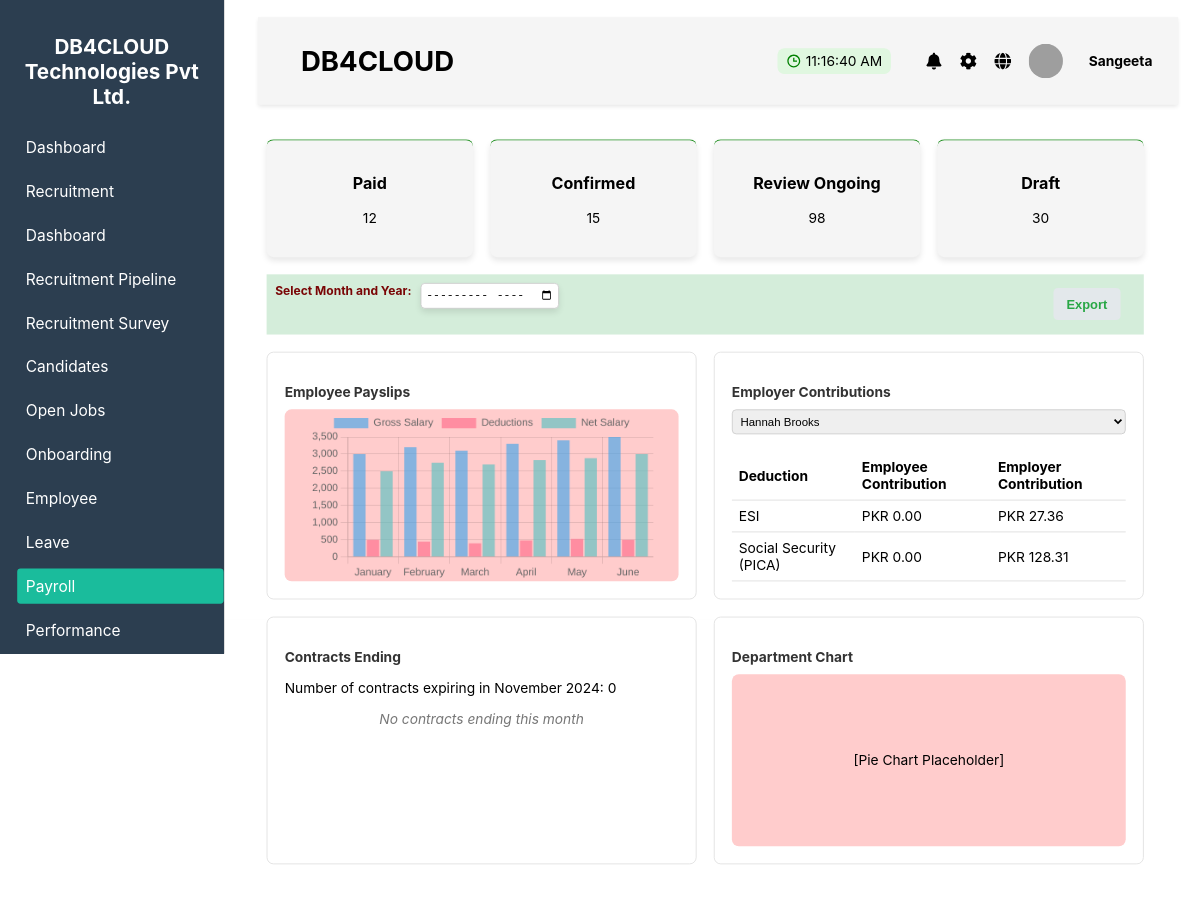
Repository: tinu-ns/Dev-code
Page: /payroll/payroll-dashboard (app in HRMS-DEMO-Sang/hrms/)
An editor plug-in stored every save of this project. The page is shown before and after the next save, followed by the edit.
The browser window is 1280 px wide. The page is 1390 px wide, so the pictures cover 1390 px, including what lies to the right of the window. The pictures show the whole page, at 86% of full size.
Pictures or frames that could not be fetched are drawn as grey boxes. The project was rebuilt for these pictures with package versions that can differ from the ones it lists, and the page was loaded fresh each time. Also part of the build but not shown: HRMS-DEMO-Sang/hrms/src/components/Dashboard.js, HRMS-DEMO-Sang/hrms/src/components/Recruitment.js, HRMS-DEMO-Sang/hrms/src/components/Payroll/Payroll.js, HRMS-DEMO-Sang/hrms/src/components/Leave.js, HRMS-DEMO-Sang/hrms/src/components/Employee.js, HRMS-DEMO-Sang/hrms/src/components/MainContent.css, HRMS-DEMO-Sang/hrms/src/components/MainContent.js, HRMS-DEMO-Sang/hrms/src/components/RightSidebar.css and 8 more. Imported but missing from the stored project, and not drawn on this page: HRMS-DEMO-Sang/hrms/src/components/Onboarding, HRMS-DEMO-Sang/hrms/src/components/Performance.

Above is the page before, as saved 2024-11-06 12:24:53.

### HRMS-DEMO-Sang/hrms/src/App.js
// App.js
import React from 'react';
import { BrowserRouter as Router, Route, Routes, Navigate } from 'react-router-dom';
import Sidebar from './components/Sidebar';
import Dashboard from './components/Dashboard';
import Recruitment from './components/Recruitment';
import Onboarding from './components/Onboarding';
import Performance from './components/Performance';
import Payroll from './components/Payroll/Payroll';
import Leave from './components/Leave';
import Employee from './components/Employee';
import Header from './components/Header';
import MainContent from './components/MainContent';
import RightSidebar from './components/RightSidebar';
import RecruitmentDashboard from './components/Recruitment/RecruitmentDashboard';
import RecruitmentPipeline from './components/Recruitment/RecruitmentPipeline';
import Allowances from './components/Payroll/Allowances';
import Contract from './components/Payroll/Contract';
import Deductions from './components/Payroll/Deductions';
import Payslips from './components/Payroll/Payslips';
import PayrollDashboard from './components/Payroll/PayrollDashboard';
import EmployeeDashboard from './components/Employee/EmployeeDashboard';


import './App.css';

function App() {
  return (
    <Router>
      <div className="app">
        <Sidebar />
        <div className='content-container'>
          <Header />
          <div className="main-section">
            <Routes>
              {/* Main Dashboard Route */}
              <Route path="/" element={<><MainContent /><RightSidebar /></>} />

              {/* Subpage Routes */}
              <Route path="/dashboard" element={<Dashboard />} />
              <Route path="/recruitment" element={<Recruitment />} />
              <Route path="/recruitment/dashboard" element={<RecruitmentDashboard />} />
              <Route path="/recruitment/pipeline" element={<RecruitmentPipeline />} />
              <Route path="/recruitment/survey" element={<div>Survey Page</div>} />
              <Route path="/recruitment/candidates" element={<div>Candidates Page</div>} />
              <Route path="/recruitment/open-jobs" element={<div>Open Jobs Page</div>} />
              <Route path="/onboarding" element={<Onboarding />} />
              <Route path="/employee" element={<Employee />} />

              {/* Payroll Section Routes */}

              <Route path="/employee" element={<EmployeeDashboard />} />
            {/* Other routes */}
            <Route path="*" element={<Navigate to="/employee" />} />

              <Route path="/leave" element={<Leave />} />

              {/* Payroll Section Routes */}
              <Route path="/payroll" element={<Payroll />} />
              <Route path="/payroll/allowances" element={<Allowances />} />
              <Route path="/payroll/contract" element={<Contract />} />
              <Route path="/payroll/deductions" element={<Deductions />} />
              <Route path="/payroll/payslips" element={<Payslips />} />
              <Route path="/payroll/payroll-dashboard" element={<PayrollDashboard />} />
              <Route path="/performance" element={<Performance />} />


              {/* Redirect unknown routes to main dashboard */}
              <Route path="*" element={<Navigate to="/" />} />
            </Routes>
          </div>
        </div>
      </div>
    </Router>
  );
}

export default App;

### HRMS-DEMO-Sang/hrms/src/components/Sidebar.js
import React, {useState} from "react";
import { NavLink } from "react-router-dom";

import "./Sidebar.css"
const Sidebar = () => {
  const [isPayrollOpen, setIsPayrollOpen] = useState(false);
  const togglePayrollMenu = () => {
    setIsPayrollOpen(!isPayrollOpen);
  };


  return (
    <div className="container">
    <div className="sidebar">
      <h2>DB4CLOUD Technologies Pvt Ltd.</h2>
      <ul className="sidebar-list">
      <li>
          <NavLink to="/dashboard" activeClassName="active">
            Dashboard
          </NavLink>
        </li>
        <li>
          <NavLink to="/recruitment" activeClassName="active">
            Recruitment
          </NavLink>
          <ul>
            <li><NavLink to="/recruitment/dashboard">Dashboard</NavLink></li>
            <li><NavLink to="/recruitment/pipeline">Recruitment Pipeline</NavLink></li>
            <li><NavLink to="/recruitment/survey">Recruitment Survey</NavLink></li>
            <li><NavLink to="/recruitment/candidates">Candidates</NavLink></li>
            <li><NavLink to="/recruitment/open-jobs">Open Jobs</NavLink></li>
          </ul>
        </li>
        {/* Add more items as needed */}
        <li>
          <NavLink to="/onboarding" activeClassName="active">
            Onboarding
          </NavLink>
        </li>
        <li>
          <NavLink to="/employee" activeClassName="active">
            Employee
          </NavLink>
        </li>
        <li>
          <NavLink to="/leave" activeClassName="active">
            Leave
          </NavLink>
        </li>
            {/* Payroll section */}
        <li>
          <NavLink to="/payroll" activeClassName="active" className="menu-toggle" onClick={togglePayrollMenu}>
            Payroll
          </NavLink>

          {isPayrollOpen && (
            <ul className="submenu">
              <li><NavLink to="/payroll/payroll-dashboard">Dashboard</NavLink></li>
              <li><NavLink to="/payroll/allowances">Allowances</NavLink></li>
              <li><NavLink to="/payroll/contract">Contracts</NavLink></li>
              <li><NavLink to="/payroll/deductions">Deductions</NavLink></li>
              <li><NavLink to="/payroll/payslips">Payslips</NavLink></li>
              <li><NavLink to="/payroll/payroll">Payroll</NavLink></li>
              <li><NavLink to="/payroll/loan-advance-salary">Loan / Advance Salary</NavLink></li>
              <li><NavLink to="/payroll/encashments-reimbursements">Encashments & Reimbursements</NavLink></li>
              <li><NavLink to="/payroll/federal-tax">Federal Tax</NavLink></li>
            </ul>
          )}
        </li>
        <li>
          <NavLink to="/performance" activeClassName="active">
            Performance
          </NavLink>
        </li>
        <li>
          <NavLink to="/offboarding" activeClassName="active">
            Offboarding
          </NavLink>
        </li>
        <li>
          <NavLink to="/assets" activeClassName="active">
            Assets
          </NavLink>
        </li>
        <li>
          <NavLink to="/help-desk" activeClassName="active">
            Help Desk
          </NavLink>
        </li>
        <li>
          <NavLink to="/configuration" activeClassName="active">
            Configuration
          </NavLink>
        </li>
      </ul>
    </div>

    </div>
  );
};

export default Sidebar;

### HRMS-DEMO-Sang/hrms/src/components/Header.js
import React, {useState,useEffect} from 'react'
import {FaBell, FaCog, FaGlobe, FaSignOutAlt} from 'react-icons/fa'
import {BiTime} from 'react-icons/bi'
import './Header.css'

const Header = () => {
    const [currentTime, setCurrentTime] = useState('')
    const [showDropdown, setShowDropdown] = useState(false);

    const getCurrentTime = () => {
        const now = new Date()
        return now.toLocaleTimeString()   // Returns time as HH:MM:SS
    }

// Update time every second
useEffect(() => {
    const timer = setInterval(() => {
      setCurrentTime(getCurrentTime());
    }, 1000); // Update every 1000ms (1 second)

    // Cleanup interval on component unmount
    return () => clearInterval(timer);
  }, []); // Empty dependency array to run only on mount/unmount


    const toggleDropdown = () => {
        setShowDropdown(!showDropdown)
    }


  return (
    <header className='bg-container'>
      <div className='header'>
        <div className="header-left">
        <button className='menu-button'></button>
        <h1>DB4CLOUD</h1>
        </div>

        <div className="header-right">
          {/*  <p>You cannot mark attendence from this network</p> */}

                {/* Time display*/ }
                <div className="time-box">
                    <BiTime className='time-icon' />
                    <span>{currentTime}</span>
                </div>

                {/*Icons for notificatins, settings, etc. */}
                <FaBell className='icon' title='Notifications' />
                <FaCog className="icon" title="Settings" />
                <FaGlobe className='icon' title='Language' />

                {/* User Profile with dropdown*/ }

                <div className="user-profile" onClick={toggleDropdown}>
                    <div className="user-avatar">
                    < img src="https://th.bing.com/th/id/OIP.Pgv1PargHCECE7gCB5kJ-wHaKx?rs=1&pid=ImgDetMain"
                alt="user-Avatar" className="avatar" />
                    </div>
                    <span className="user-name">Sangeeta</span>

{showDropdown && (
    <div className="dropdown">
        <ul>
            <li>Profile</li>
            <li>Setting</li>
            <li>
                <FaSignOutAlt /> Logout
            </li>
        </ul>
    </div>
)}

</div>

     {  /*      <div className="user-info">
                <span className='user-name'>Shalu</span>
                < img src="https://th.bing.com/th/id/OIP.Pgv1PargHCECE7gCB5kJ-wHaKx?rs=1&pid=ImgDetMain"
                alt="user-Avatar" className="avatar" />
            </div>
            */ }
        </div>


      </div>

    </header>
  )
}

export default Header

### HRMS-DEMO-Sang/hrms/src/App.css
.app{
  display: flex;
  height: 100vh;
  background-color: #f4f4f4;
}

.content-container{
  flex-grow: 1;
  padding: 20px;
  background-color: #fff;
  margin-left: 200px;
  display: flex;
  flex-direction: column;

}

.main-section{
  display: flex;
  justify-content: space-between;
  padding: 20px;
}


.sidebar {
  width: 220px;
  background-color: #2c3e50;
  position: fixed;
  height: 100vh;
}

### HRMS-DEMO-Sang/hrms/src/components/Sidebar.css
 .container{
    display: flex;
    height: 100vh;
    margin-right: 50px;
}

/*
.content{
    flex-grow: 1;
    padding: 20px;
    padding-left: 50px;

}  */

.sidebar {
    width: 220px;
    height: 100vh;
    background-color: #503f2c;
    padding: 20px;
    color: white;
    height: 100vh;
    position: fixed;
    border-right: 2px solid #ddd;
    overflow-y: auto;        /* Allows vertical scrolling */
    position: fixed;
    margin-right: 200px;        /* Keeps sidebar fixed on the left side */

  }



  .sidebar h2{
    text-align: center;
    margin-bottom: 30px;
    font-size: 24px;
  }

  .sidebar-list{
    list-style-type: none;
    padding: 0;
  }


  .sidebar-list li{
    margin-bottom: 15px;
  }

  .sidebar-list li a {
    color: white;
    text-decoration: none;
    font-size: 18px;
    padding: 10px;
    border-radius: 4px;
    display: block;
  }

  .sidebar-list li a:hover{
    color: #1abc9c;
  }

  .sidebar-list li a.active{
    background-color: #1abc9c;
    color: white;
  }

  .sidebar {
    width: 250px;
    background-color: #2E3A46;
    color: #FFF;
    padding: 20px;
    height: 100vh;
  }

  .sidebar h2 {
    font-size: 1.5em;
    margin-bottom: 1em;
  }

  .sidebar ul {
    list-style: none;
    padding: 0;
  }

  .sidebar li {
    margin: 10px 0;
  }

  .sidebar li ul {
    margin-top: 5px;
  }

  .sidebar a {
    color: #FFF;
    text-decoration: none;
  }

  .sidebar a:hover {
    text-decoration: underline;
  }

  .sidebar a.active {
    color: #20c997;
  }

  .sidebar ul li a:hover, .menu-toggle:hover {
    background-color: #34495e;
  }

  .menu-toggle {
    background: none;
    border: none;
    color: #ecf0f1;
    font-size: 1rem;
    text-align: left;
    cursor: pointer;
    width: 100%;
    padding: 10px;
  }

  .submenu {
    list-style-type: none;
    padding-left: 20px;
  }

  .submenu li a {
    padding-left: 20px;
    font-size: 0.9rem;
  }

### HRMS-DEMO-Sang/hrms/src/components/Employee.css
/* EmployeeDashboard.css */
.employee-dashboard {
    padding: 20px;
  }

  .container {
    display: flex;
    justify-content: space-between;
    align-items: flex-start;
  }

  .month-year-selector {
    width: 40%;
  }

  .employee-details {
    width: 55%;
    padding: 10px;
    border: 1px solid #ccc;
    border-radius: 5px;
  }

  .calendar {
    margin-top: 10px;
    border: 1px solid #007bff;
    padding: 10px;
  }

  .calendar-month {
    display: grid;
    grid-template-columns: repeat(7, 1fr); /* 7 columns for the days */
    gap: 5px;
  }

  .calendar-day {
    padding: 10px;
    background-color: #f0f0f0;
    text-align: center;
    cursor: pointer;
    border: 1px solid #ccc;
    border-radius: 3px;
    transition: background-color 0.3s;
  }

  .calendar-day:hover {
    background-color: #d0e8ff;
  }

  .employee-chart {
    margin-top: 10px;
  }

  .employee-status {
    padding: 10px;
    border: 1px solid #ccc;
    border-radius: 5px;
    display: flex;
    justify-content: space-between;
    margin-bottom: 5px;
  }

  .draft { background-color: #fff3cd; }
  .reviewed { background-color: #cce5ff; }
  .confirmed { background-color: #d4edda; }
  .paid { background-color: #d1ecf1; }

### HRMS-DEMO-Sang/hrms/src/components/Header.css
.bg-container{
  padding-left: 30px;

}

.header {
    background-color: #f5f5f5;
    padding: 10px 20px;
    display: flex;
    justify-content: space-between;
    align-items: center;
    box-shadow: 0px 2px 5px rgba(0, 0, 0, 0.1);
  }

  .header-left {
    display: flex;
    align-items: center;
  }

  .menu-button {
    font-size: 24px;
    background: none;
    border: none;
    cursor: pointer;
  }

  .h1{
    margin-left: 15px;
    font-size: 24px;
    color: red! important ;
  }

  .header-right{
    display: flex;
    align-items: center;
  }

  .icon{
    margin-left: 20px;
    font-size: 20px;
    cursor: pointer;
  }

  .time-box {
    display: flex;
    align-items: center;
    background-color: #e0f7e0;
    padding: 5px 10px;
    border-radius: 8px;
    margin-right: 20px;
  }

  .time-icon {
    margin-right: 5px;
    font-size: 18px;
    color: green;
  }

  .user-profile{
    display: flex;
    align-items: center;
    cursor: pointer;
    position: relative;
  }

  .user-avatar{
    padding: 20px;
  }

  .avatar{
    width: 40px;
    height: 40px;
    background-color: #d4d4d4;
    border-radius: 50%;
    display: flex;
    justify-content: center;
    align-items: center;
    font-size: 18px;
    color: white;
    margin-right: 10px;

  }

  .user-name{
    font-weight: bold;
  }

  .dropdown{
    position: absolute;
    top: 50px;
    right: 0;
    background-color: #fff;
    box-shadow: 0px 2px 8px rgba(0, 0, 0, 0.1);
    border-radius: 5px;
    z-index: 100;
  }

  .dropdown ul {
    list-style-type: none;
    padding: 10px;
    margin: 0;
  }

  .dropdown ul li {
    padding: 10px 15px;
    cursor: pointer;
  }

  .dropdown ul li:hover {
    background-color: #f5f5f5;
  }

  .user-info {
    display: flex;
    align-items: center;
  }

  .user-name {
    margin-right: 10px;
  }

### HRMS-DEMO-Sang/hrms/src/components/Recruitment/RecruitmentPipeline.css
.pipeline-container {
    padding: 20px;
    background-color: #f5f5f5;
    border-radius: 8px;
  }

  .pipeline-section {
    margin-top: 20px;
  }

  .pipeline-section h3 {
    background-color: #f8f9fa;
    padding: 10px;
    border-left: 5px solid #ffa500;
  }

  .recruitment-table {
    width: 100%;
    border-collapse: collapse;
  }

  .recruitment-table th,
  .recruitment-table td {
    padding: 10px;
    border-bottom: 1px solid #ddd;
    text-align: left;
  }

  .recruitment-table th {
    background-color: #f1f1f1;
  }

  button {
    padding: 5px 10px;
    margin: 0 5px;
    border: none;
    border-radius: 4px;
    cursor: pointer;
  }

  button:hover {
    background-color: #ddd;
  }

### HRMS-DEMO-Sang/hrms/src/components/Payroll/PayrollDashboard.css
/* PayrollDashboard.css */
.payroll-dashboard {
  padding: 20px;
}

.status-containers {
  display: flex;
  justify-content: space-between;
  margin-bottom: 20px;
}

.status-container {
  background-color: #f0f0f0;
  border: 1px solid #ccc;
  padding: 10px;
  text-align: center;
  width: 18%;
}

.paid {
  background-color: #d4edda;
}
.confirmed {
  background-color: #cce5ff;
}
.review {
  background-color: #fff3cd;
}
.draft {
  background-color: #f8d7da;
}


.export-buttons {
  display: flex;
  gap: 10px;
  padding: 10px;
  text-align: center;
  cursor: pointer;
  width: 100px;


}

.export{
    color: #28a745;
    font-size: 15px;
    padding: 10px 15px;
    font-weight: 700;
    cursor: pointer;
    font-size: 15px;
    background-color:  #e3e8eb;
    border-radius: 5px;
    border: none;
}

.export:hover {
    background-color: rgb(152, 225, 152);
  }

.export-form {
  margin-top: 20px;
  border: 1px solid #ccc;
  padding: 20px;
  background-color: #f9f9f9;
  border: 1px solid #ccc;
  border-radius: 5px;
  width: 40%;
  display: flex;
  flex-direction: column;
  box-shadow: 0px 4px 8px rgba(0, 0, 0, 0.1);
}

.form-row {
    display: flex;
    gap: 20px;
    margin-bottom: 10px;
  }

  .form-group {
    display: flex;
    flex-direction: column;
    flex: 1;
  }

  .form-group label {
    margin-bottom: 5px;
    font-size: 14px;
    color: #333;
    font-weight: bold;
  }

.export-form label {
  display: block;
  margin-bottom: 10px;
}

.export-form input,
.export-form select {
    padding: 8px;
  border: 1px solid #ccc;
  border-radius: 5px;
}

.export-form button {
  margin-top: 10px;
  padding: 10px;
  background-color: #28a745;
  color: white;
  border: none;
  cursor: pointer;
}

.submit-button:hover {
    background-color: #218838;
  }

.status {
  display: flex;
  justify-content: space-around;
  gap: 20px;
}

.status-item {
  background-color: #f5f5f5;
  padding: 20px;
  width: 200px;
  text-align: center;
  border-radius: 8px;
  margin-bottom: 20px;
  box-shadow: 0px 4px 8px rgba(0, 0, 0, 0.1);
  border-top: 1px solid green;
}

.row-container {
  display: flex;
  align-items: center;
  justify-content: space-between; /* Space between calendar and export button */
  margin-bottom: 20px;
  background-color: #d4edda;
  text-align: center;

}

.calendar-container {
    margin-bottom: 20px;
  }


.date-selector {
  display: flex;
  flex-direction: row;
  padding: 10px;
}

.date-selector label {
  font-size: 14px;
  margin-bottom: 5px;
  margin-right: 10px;
  color: rgb(121, 5, 5);
  font-weight: bold;
  text-align: center;
}

.date-selector input[type="month"] {
  padding: 5px;
  border: 1px solid #ccc;
  border-radius: 5px;
  box-shadow: 0px 4px 8px rgba(0, 0, 0, 0.1);
}

.dashboard-content {
  display: grid;
  grid-template-columns: 1fr 1fr;
  gap: 20px;
}

.employee-payslips,
.contributions,
.contracts-ending,
.department-chart {
  background-color: #ffffff;
  border: 1px solid #e0e0e0;
  border-radius: 8px;
  padding: 20px;
}

.employee-payslips h3,
.contributions h3,
.contracts-ending h3,
.department-chart h3 {
  font-size: 16px;
  color: #333333;
  margin-bottom: 10px;
}

.payslip-chart,
.chart-placeholder {
  height: 200px;
  background-color: #ffcccc;
  border-radius: 8px;
  display: flex;
  align-items: center;
  justify-content: center;
}

.employee-dropdown {
  width: 100%;
  padding: 5px;
  margin-bottom: 10px;
  border: 1px solid #ccc;
  border-radius: 5px;
}

table {
  width: 100%;
  border-collapse: collapse;
  margin-top: 10px;
}

th,
td {
  padding: 8px;
  text-align: left;
  border-bottom: 1px solid #ddd;
}

.no-contracts {
  text-align: center;
  color: #777;
  font-style: italic;
}

### HRMS-DEMO-Sang/hrms/src/components/Employee/EmployeeDashboard.css
/* EmployeeDashboard.css */
.employee-dashboard {
    padding: 20px;
  }

  .container {
    display: flex;
    justify-content: space-between;
    align-items: flex-start;
  }

  .month-year-selector {
    width: 40%;
  }

  .employee-details {
    width: 55%;
    padding: 10px;
    border: 1px solid #ccc;
    border-radius: 5px;
  }

  .calendar {
    margin-top: 10px;
    border: 1px solid #007bff;
    padding: 10px;
  }

  .calendar-month {
    display: grid;
    grid-template-columns: repeat(7, 1fr); /* 7 columns for the days */
    gap: 5px;
  }

  .calendar-day {
    padding: 10px;
    background-color: #f0f0f0;
    text-align: center;
    cursor: pointer;
    border: 1px solid #ccc;
    border-radius: 3px;
    transition: background-color 0.3s;
  }

  .calendar-day:hover {
    background-color: #d0e8ff;
  }

  .employee-chart {
    margin-top: 10px;
  }

  .employee-status {
    padding: 10px;
    border: 1px solid #ccc;
    border-radius: 5px;
    display: flex;
    justify-content: space-between;
    margin-bottom: 5px;
  }

  .draft { background-color: #fff3cd; }
  .reviewed { background-color: #cce5ff; }
  .confirmed { background-color: #d4edda; }
  .paid { background-color: #d1ecf1; }

Loaded but not shown: HRMS-DEMO-Sang/hrms/public/index.html (common file); HRMS-DEMO-Sang/hrms/src/index.js (common file); HRMS-DEMO-Sang/hrms/src/index.css (common file); HRMS-DEMO-Sang/hrms/src/reportWebVitals.js (common file); HRMS-DEMO-Sang/hrms/src/components/Payroll/PayrollDashboard.js (225 lines, source omitted)

After the next save:
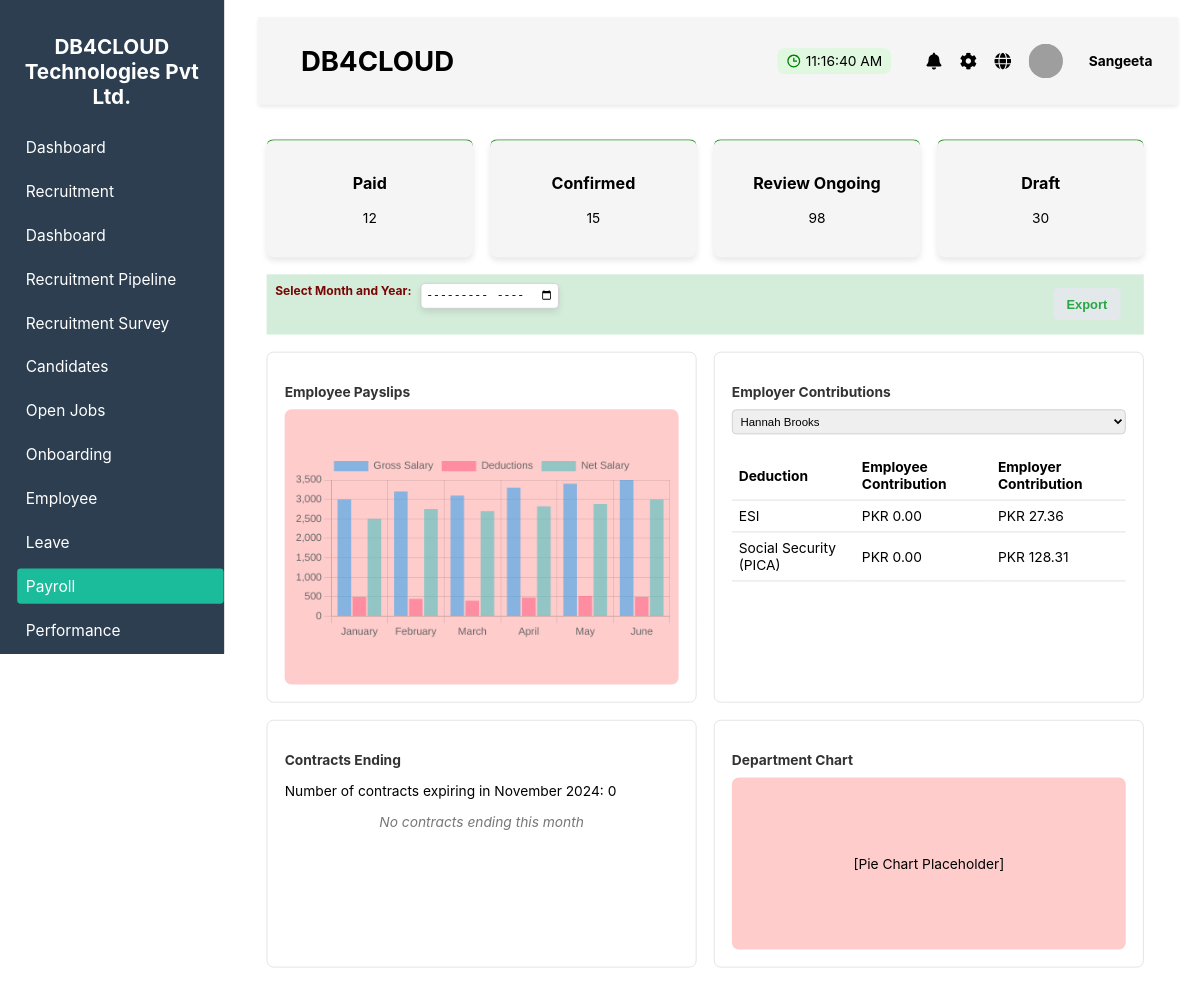
Saved 107 s later.
--- a/HRMS-DEMO-Sang/hrms/src/components/Payroll/PayrollDashboard.css
+++ b/HRMS-DEMO-Sang/hrms/src/components/Payroll/PayrollDashboard.css
@@ -204,6 +204,17 @@
   justify-content: center;
 }
 
+
+.payslip-chart {
+    height: 300px;
+    background-color: #ffcccc; /* Optional, for styling */
+    border-radius: 8px;
+    display: flex;
+    align-items: center;
+    justify-content: center;
+    padding: 10px;
+  }
+
 .employee-dropdown {
   width: 100%;
   padding: 5px;
